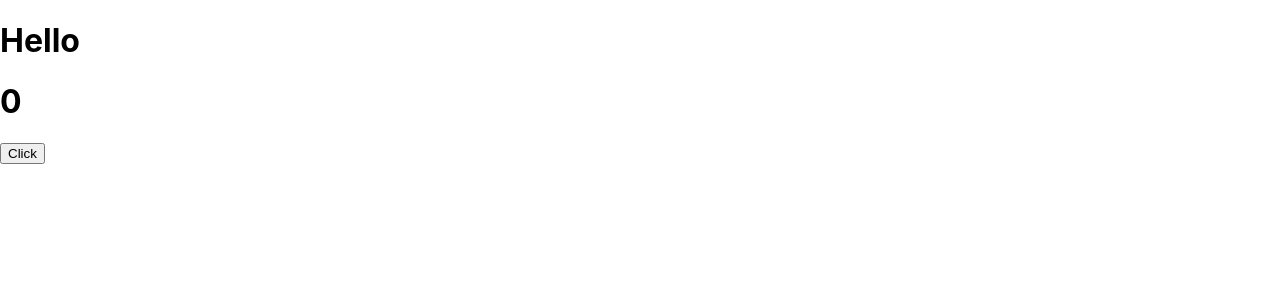
Repository: codysun1912/code
Page: / (app in react-webpack/tiktok/)
An editor plug-in stored every save of this project. The page is shown before and after a run of saves, followed by the edit.
The browser window is 1280 px wide. The pictures show the whole page.
The project was rebuilt for these pictures with package versions that can differ from the ones it lists, and the page was loaded fresh each time.

Above is the page before, as saved 2022-03-15 19:13:45.

### react-webpack/tiktok/src/App.js
import {useState } from "react";
import Content from "./content";

function App() {
  const [count , setCount] = useState(0)
  const handleClickCount = () => {

      setCount(count + 1)

  }

  return (
    <div className="App">
    <Content/>
    <h1>{count}</h1>
    <button onClick ={handleClickCount}>Click</button>

    </div>
  )
}

export default App;

### react-webpack/tiktok/src/content.js
import { useState ,memo } from "react";

function Content(){
  console.log("re-ended")

    return(
        <div>
        <h1>Hello </h1>
        </div>

    )
}
export default memo(Content);

Loaded but not shown: react-webpack/tiktok/public/index.html (common file); react-webpack/tiktok/src/index.js (common file); react-webpack/tiktok/src/index.css (common file); react-webpack/tiktok/src/reportWebVitals.js (common file)

After the next 4 saves:
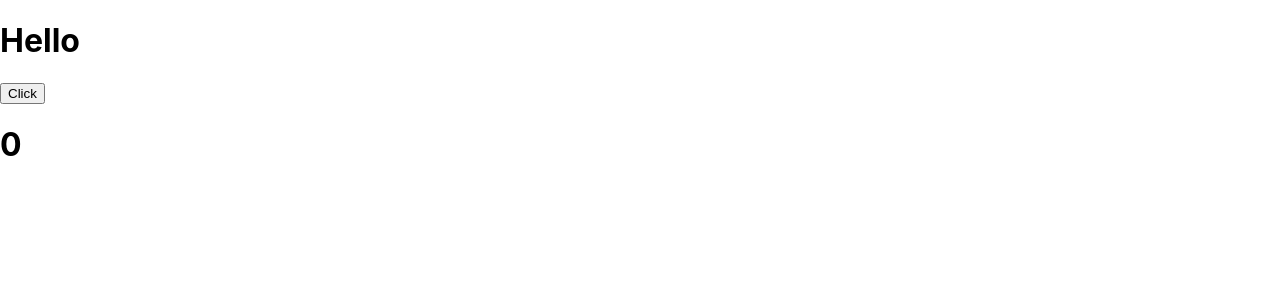
The 4 saves are shown as one change because 3 did not build or start.
The last was saved 13 h 21 min later.
--- a/react-webpack/tiktok/src/App.js
+++ b/react-webpack/tiktok/src/App.js
@@ -11,9 +11,9 @@ function App() {
 
   return (
     <div className="App">
-    <Content/>
+    <Content onClickCount = {handleClickCount}/>
     <h1>{count}</h1>
-    <button onClick ={handleClickCount}>Click</button>
+
 
     </div>
   )
--- a/react-webpack/tiktok/src/content.js
+++ b/react-webpack/tiktok/src/content.js
@@ -1,11 +1,12 @@
 import { useState ,memo } from "react";
 
-function Content(){
+function Content({onClickCount}){
   console.log("re-ended")
 
     return(
         <div>
         <h1>Hello </h1>
+        <button onClick ={onClickCount}>Click</button>
         </div>
 
     )
